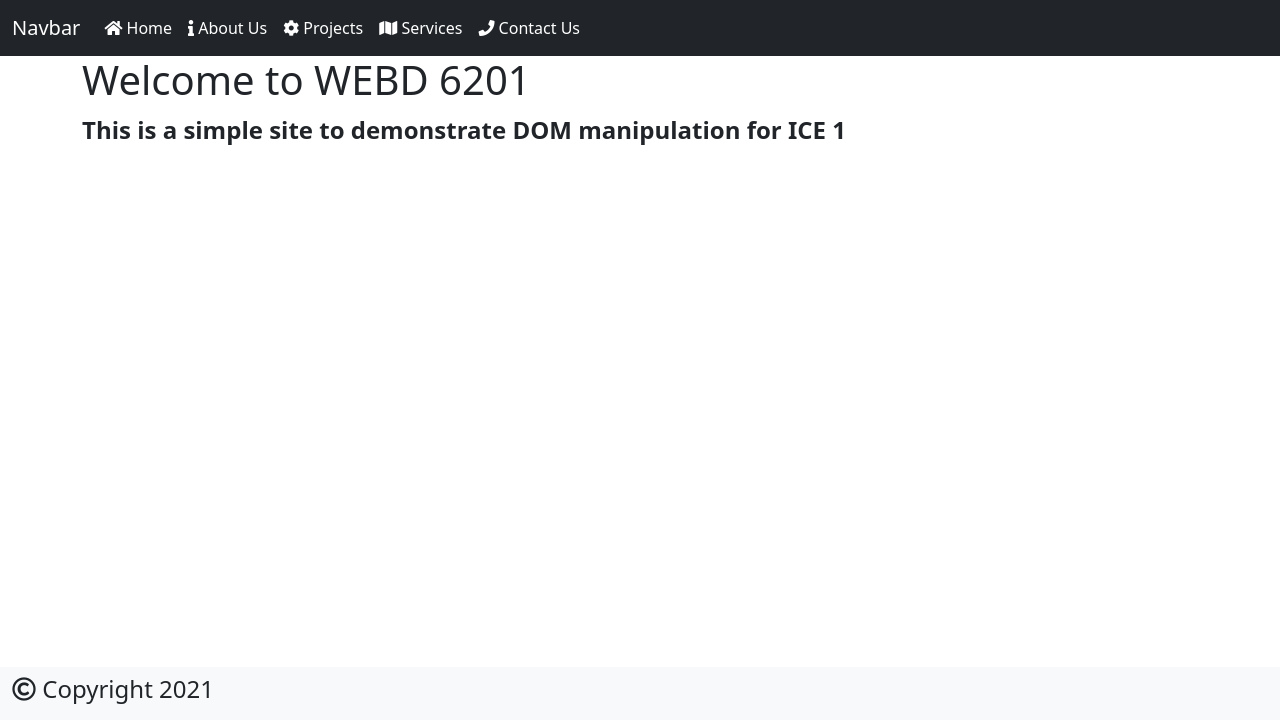
Repository: spencernewellevans/WEBD6201-ICE01
Page: index.html
The author's editor kept a copy of each file at every save. The page is drawn from the files as they stood at one save, then again after the next save.
The browser window is 1280 px wide. The pictures show the whole page.

Above is the page before, as saved 2021-01-22 15:38:17.

After the next save:
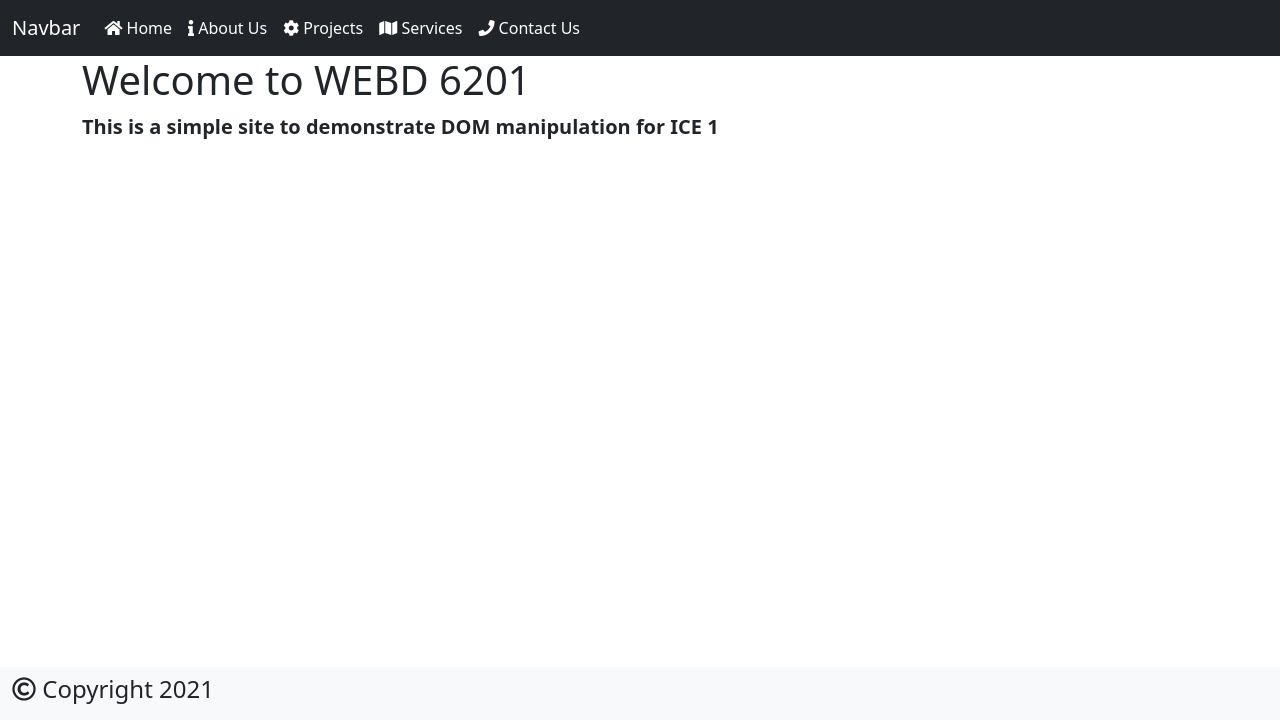
Saved 24 s later.
--- a/scripts/app.js
+++ b/scripts/app.js
@@ -18,7 +18,7 @@
         let paragraphOneElement = document.getElementById("paragraphOne");
 
         paragraphOneElement.textContent = paragraphOneText;
-        paragraphOneElement.className = "fs-4 fw-bold"
+        paragraphOneElement.className = "fs-5 fw-bold"
     }
 
     window.addEventListener("load", Start);
